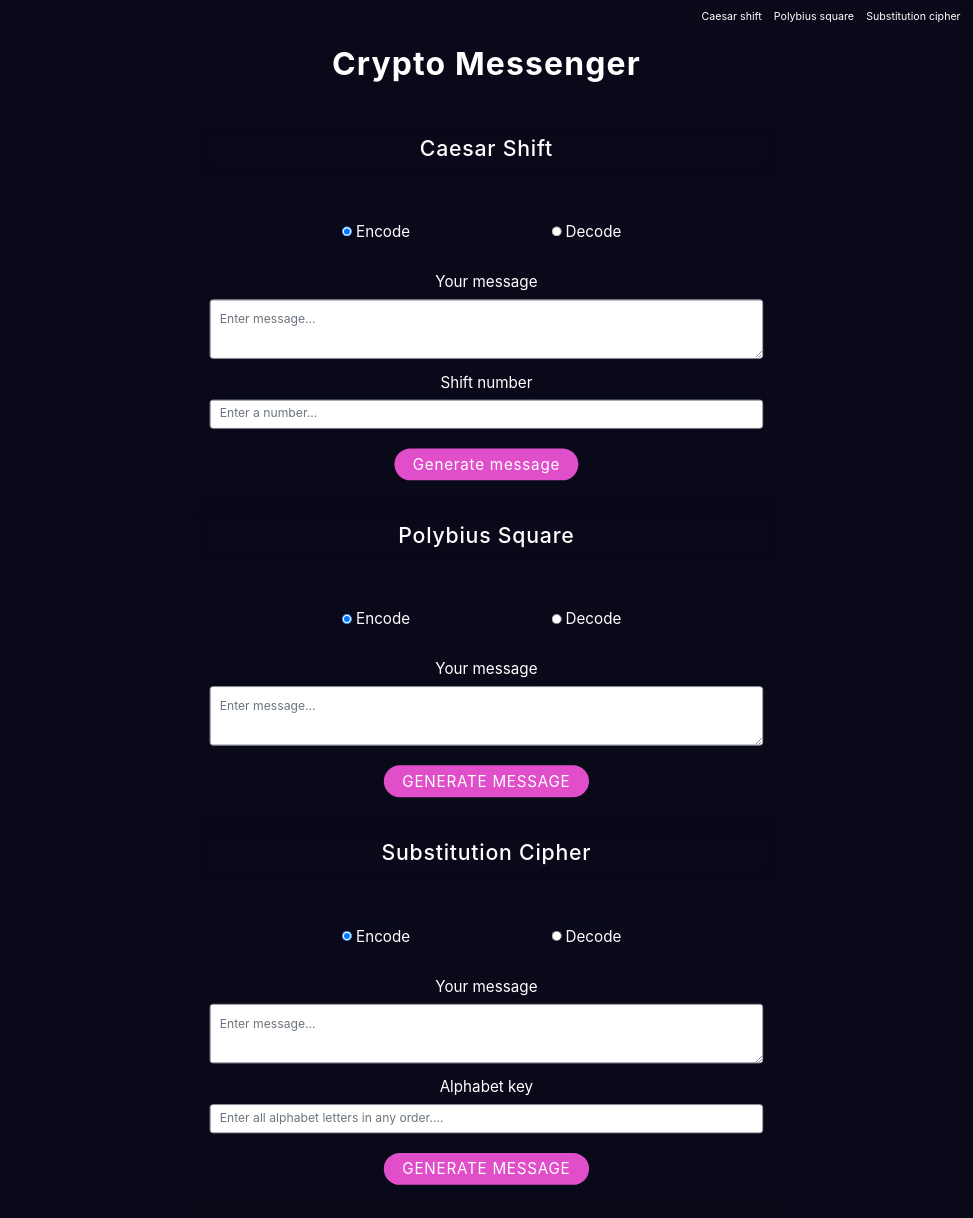
Repository: Rthompson2548/Project-Decoder-Ring
Page: index.html
An editor plug-in stored every save of this project. The page is shown before and after the next save, followed by the edit.
The browser window is 1280 px wide. The pictures show the whole page, at 76% of full size.

Above is the page before, as saved 2022-04-09 20:29:54.

After the next save:
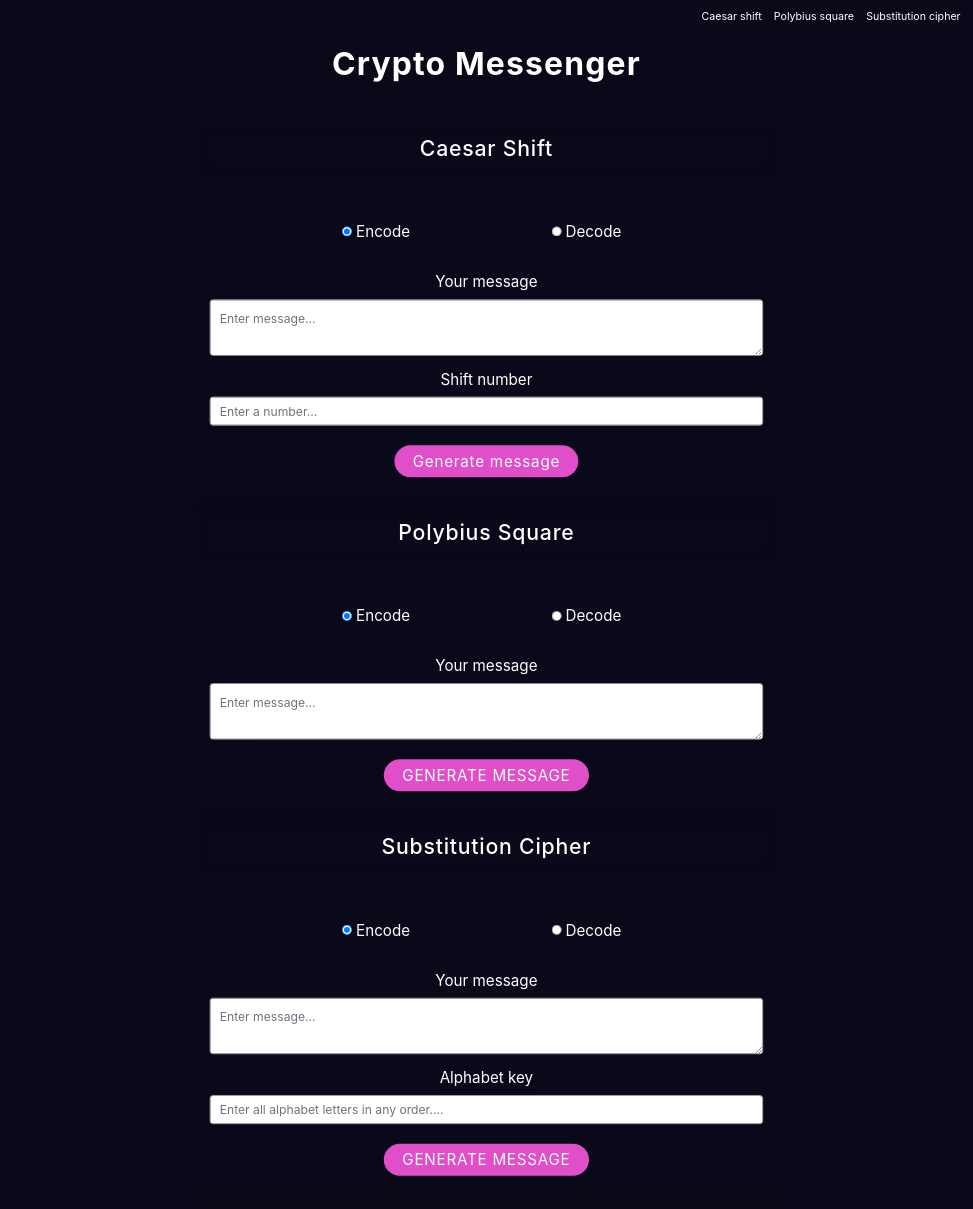
Saved 6 s later.
--- a/index.css
+++ b/index.css
@@ -14,7 +14,7 @@ html, body, #page {
 input, textarea {
   font-size: 16px !important;
   border-radius: 20px;
-  padding: 12px 24px 16px 12px !important;
+  padding: 12px 24px 12px 12px !important;
 }
 
 .page-content {
